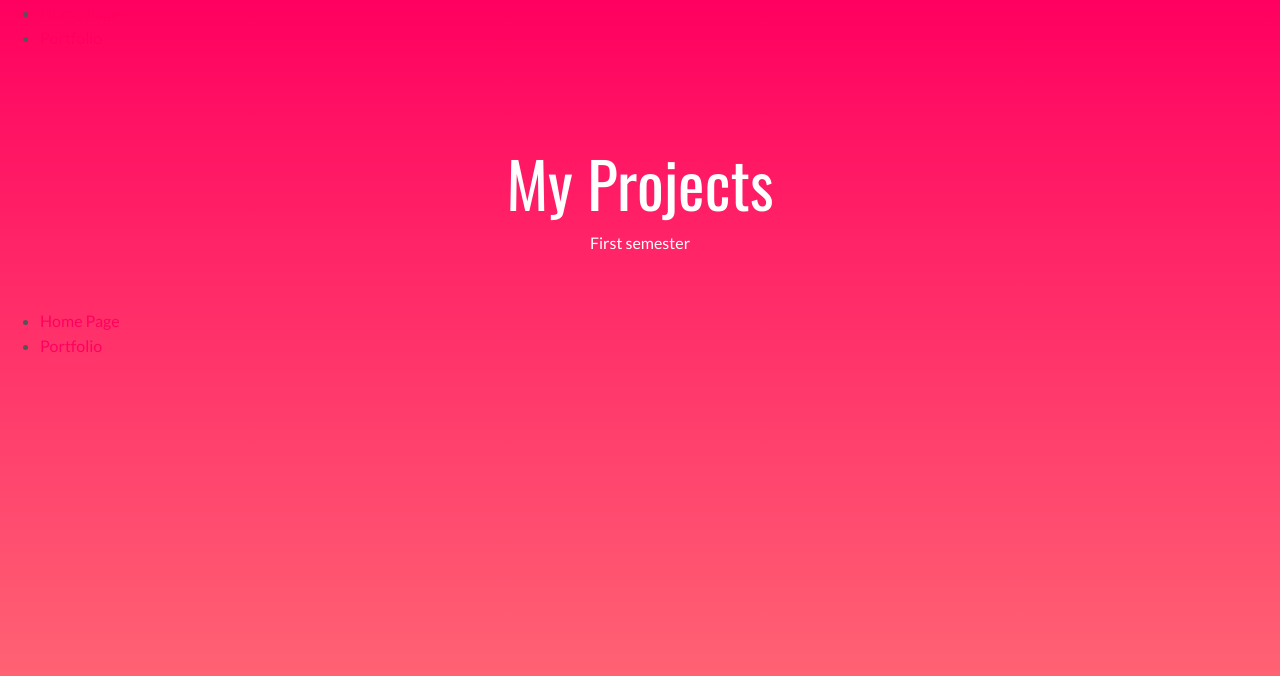
Repository: probably-nick/probably-nick.github.io
Page: portfolio.html
The author's editor kept a record of every edit. The page is drawn from the files as they stood at one moment, then again after the next edit.
The browser window is 1280 px wide. The pictures show the whole page.

Above is the page before.

After the next edit:
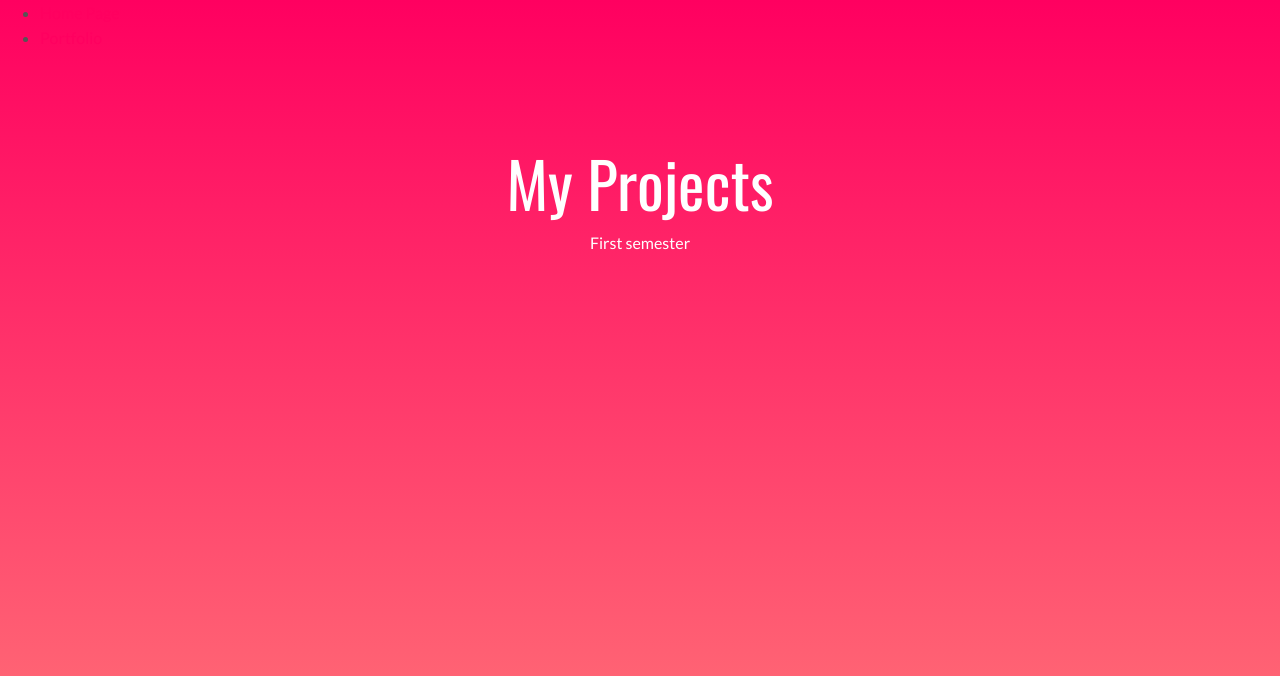
The edit:
--- a/portfolio.html
+++ b/portfolio.html
@@ -20,14 +20,6 @@
   </header>
 </main>
 
-        <ul>
-        <li><a href="index.html">Home Page</a></li>
-        <li><a href="portfolio.html">Portfolio</a></li>
-        </ul>
-
-
-
-
 
     </body>
 
